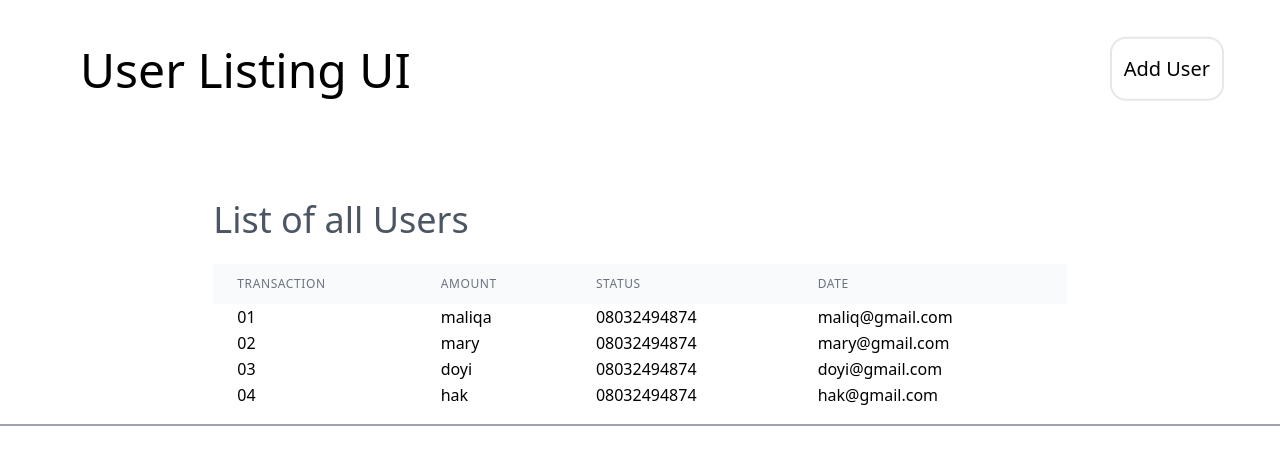
Repository: Marlstergo/listings
Page: / (app in client/)
An editor plug-in stored every save of this project. The page is shown before and after the next save, followed by the edit.
The browser window is 1280 px wide. The pictures show the whole page.
The project was rebuilt for these pictures with package versions that can differ from the ones it lists, and the page was loaded fresh each time. Also part of the build but not shown: client/craco.config.js, client/src/components/Loader.js, client/src/components/Order.js, client/src/components/Modal.js. Imported but missing from the stored project, and not drawn on this page: client/src/components/Base, client/src/components/Toppings.

Above is the page before, as saved 2021-07-21 14:12:56.

### client/src/index.js
/* eslint-disable no-unused-vars */
import React from "react";
import ReactDOM from "react-dom";
import "./index.css";
import App from "./App";
import reportWebVitals from "./reportWebVitals";
import { BrowserRouter } from "react-router-dom";
import { Provider } from "react-redux";
import { store } from "./redux/store";
import { PersistGate } from "redux-persist/integration/react";
import { persistor } from "./redux/store";

ReactDOM.render(
  <React.StrictMode>
    <Provider store={store}>
      <BrowserRouter>
        <PersistGate persistor={persistor}>
          <App />
        </PersistGate>
      </BrowserRouter>
    </Provider>
  </React.StrictMode>,
  document.getElementById("root")
);

// If you want to start measuring performance in your app, pass a function
// to log results (for example: reportWebVitals(console.log))
// or send to an analytics endpoint. Learn more: https://bit.ly/CRA-vitals
reportWebVitals();

### client/src/App.js
import React, { useState } from 'react';
import { Route, Switch, useLocation } from "react-router-dom";
import Header from './components/Header';
import Home from './components/Home';
import Base from './components/Base';
import Toppings from './components/Toppings';
import Order from './components/Order';
import Modal from './components/Modal';
import { AnimatePresence } from 'framer-motion';

function App() {
  const location = useLocation();
  const showModal = true;

  return (
    <>
      <Header />
      {/* <Modal showModal={showModal} /> */}
      <AnimatePresence exitBeforeEnter>
        <Switch location={location} key={location.key}>
          <Route path="/">
            <Home />
          </Route>
          <Route path="/createUpdateUser">
            <Toppings />
          </Route>
          <Route path="/order">
            <Order />
          </Route>
          <Route path="/">
            <Home />
          </Route>
        </Switch>
      </AnimatePresence>

    </>
  );
}

export default App;

### client/src/redux/store.js
import { createStore, applyMiddleware } from "redux";
import { logger } from 'redux-logger';
import {persistStore} from 'redux-persist';
// import thunk from 'redux-thunk'
import createSagaMiddleware from 'redux-saga'

import rootSaga from './root-sagas'

import rootReducer from './root-reducer';

const sagaMiddleware = createSagaMiddleware()

const middleware = [sagaMiddleware];

if( process.env.NODE_ENV === 'development'){
    middleware.push(logger)
}

export const store = createStore(rootReducer, applyMiddleware(...middleware))

sagaMiddleware.run(rootSaga)

export const persistor = persistStore(store)

export default (store, persistor);

### client/src/components/Header.js
import React from "react";
import { motion } from "framer-motion";

const svgVariants = {
  hidden: { rotate: -180 },
  visible: {
    rotate: 0,
    transition: { duration: 1 },
  },
};

const pathVariants = {
  hidden: {
    opacity: 0,
    pathLength: 0,
  },
  visible: {
    opacity: 1,
    pathLength: 1,
    transition: {
      duration: 2,
      ease: "easeInOut",
    },
  },
};

const buttonVariants = {
  show: {
    y: [0, -20],
    x: 0,
    textShadow: "0px 0px 8px rgb(255,255,255)",
    boxShadow: "0px 0px 8px rgb(255,255,255)",
    transition: {
      duration: 0.3,
      yoyo: Infinity,
      ease: 'easeOut'
    },
  },
};

const Header = () => {
  return (
    <header className="flex p-14 w-screen justify-between  items-center">
      {/* <motion.div
        className="logo"
        drag
        dragConstraints={{ left: 0, top: 0, right: 0, bottom: 0 }}
        dragElastic={0.7}
      >

      </motion.div> */}
      <motion.div
        className=" flex justify-between w-full ml-6 text-xs"
        initial={{ y: -250 }}
        animate={{ y: -10 }}
        transition={{ delay: 0.2, type: "spring", stiffness: 120 }}
      >
        <h1 className=" pb-4 text-5xl">User Listing UI</h1>
        <motion.button variants={buttonVariants} whileHover="hover"
        animate="show"
        className="text-xl border-2 px-3 rounded-2xl"
        >
          Add User
        </motion.button>
      </motion.div>
    </header>
  );
};

export default Header;

### client/src/components/Home.js
import React from "react";
import { Link } from "react-router-dom";
import { motion } from "framer-motion";
import Loader from "./Loader";
import UserRow from "./UserRow";



const containerVariants = {
  hidden: {
    opacity: 0,
  },
  visible: {
    opacity: 1,
    transition: { delay: 1.5, duration: 1.5 },
  },
  exit: {
    x: "-100vh",
    transition: { ease: "easeInOut" },
  },
};
const buttonVariants = {
  hover: {
    scale: 1.1,
    textShadow: "0px 0px 8px rgb(255,255,255)",
    boxShadow: "0px 0px 8px rgb(255,255,255)",
    transition: {
      duration: 0.3,
      yoyo: Infinity
    }
  }
}
const users = [
  {
    id: '01',
    name: "maliqa",
    email: "maliq@gmail.com",
    phone: '08032494874'
  },
  {
    id: '02',
    name: "mary",
    email: "mary@gmail.com",
    phone: '08032494874'
  },
  {
    id: '03',
    name: "doyi",
    email: "doyi@gmail.com",
    phone: '08032494874'
  },
  {
    id: '04',
    name: "hak",
    email: "hak@gmail.com",
    phone: '08032494874'
  },
];
const Home = () => {
  return (
    <motion.div
      className="  pb-4 mb-4 border-b-2 border-gray-400 flex flex-col items-center"
      variants={containerVariants}
      initial="hidden"
      animate="visible"
      exit="exit"
    >
      <div className="w-2/3 ">
        <h1 className="text-gray-600 py-6 text-4xl">List of all Users</h1>

        <table className="min-w-full divide-y divide-gray-200">
          <thead>
            <tr>
              <th className="px-6 py-3 bg-gray-50 text-left text-xs font-medium text-gray-500 uppercase tracking-wider">
                Transaction
              </th>
              <th className="px-6 py-3 bg-gray-50 text-left text-xs font-medium text-gray-500 uppercase tracking-wider">
                Amount
              </th>
              <th className=" px-6 py-3 bg-gray-50 text-left text-xs font-medium text-gray-500 uppercase tracking-wider">
                Status
              </th>
              <th className="px-6 py-3 bg-gray-50 text-left text-xs font-medium text-gray-500 uppercase tracking-wider">
                Date
              </th>
            </tr>
            {
              users.map((user) =>(
                <UserRow name={user.name} id={user.id} email={user.email} phone={user.phone} />
              ))
            }
          </thead>
        </table>
      </div>
    </motion.div>
  );
};

export default Home;

### client/src/redux/root-sagas.js
import {all, call} from 'redux-saga/effects'
import {userSagas} from './user/user.sagas'


export default function* rootSaga(){
    yield all([
        call(userSagas),
    ])
}

### client/src/redux/root-reducer.js
import {combineReducers} from 'redux'
import userReducer from './user/user.reducer'
// import cartReducer from './cart/cart.reducer'
import {persistReducer} from 'redux-persist'
import storage from 'redux-persist/lib/storage'
// import directoryReducer from './directory/directory.reducer'
// import shopReducer from './shop/shop.reducer'

const persistConfig ={
    key: 'root',
    storage,
    whitelist: ['' ]
}
const rootReducer = combineReducers({
    user: userReducer,

})
export default persistReducer(persistConfig, rootReducer)

### client/src/components/UserRow.jsx
import React from "react";

const UserRow = ({id, name, phone, email}) => {
  console.log(phone)
  return (
    <tr>
      <td className="px-6">{id}</td>
      <td className="px-6">{name}</td>
      <td className="px-6">{phone}</td>
      <td className="px-6">{email}</td>
    </tr>
  );
};

export default UserRow;

### client/src/redux/user/user.sagas.js
import { all, call, put, takeLatest } from "redux-saga/effects";

import UserActionTypes from "./user.types";
import { loadUserDetail } from "./user.action";
// import axios from "axios";
// import { getUserDetailsURL } from "../../components/stringConstants";

export function* getDetails() {
  yield console.log("i fired");

  // try {
  //   console.log("inside try");

  //   const res = yield axios.get(getUserDetailsURL);
  //   const data = yield res.data;
  //   console.log(res);
  //   yield put(loadUserDetail(data ? data.data[0] : {}));
  // } catch (err) {
  //   console.log(err.response);
  //   if (err.response && err.response.statusText === "Not Found") {
  //     // console.log("");
  //     window.location.href = "/profile/settings?newUser=0837";
  //   }
  // }
}

export function* getUserDetails() {
  yield takeLatest(UserActionTypes.GET_USER_DETAIL, getDetails);
}
// export function* loadUserDetails(){
//     yield takeLatest(UserActionTypes.LOAD_USER_DETAIL, loadDetails)
// }

export function* userSagas() {
  yield all([call(getUserDetails)]);
}

### client/src/redux/user/user.reducer.js
import UserActionTypes from "./user.types";
const INITIAL_STATE = {
  // currentUser: null,
  userDetail: {},
  demo: 'i am demo',
  location: null

};
const userReducer = (state = INITIAL_STATE, action) => {
  switch (action.type) {

    case UserActionTypes.LOAD_USER_DETAIL:
      return {
        ...state,
        userDetail: action.payload,
      };

    case UserActionTypes.COLLECT_GEOLOCATION:
      return {
        ...state,
        location: action.payload
      }
    default:
      return state;
  }
};

export default userReducer;

### client/src/redux/user/user.types.js
const UserActionTypes ={
    GOOGLE_SIGN_IN_START : 'GOOGLE_SIGN_IN_START',
    SIGN_IN_SUCCESS : 'SIGN_IN_SUCCESS',
    SIGN_IN_FAILURE : 'SIGN_IN_FAILURE',
    GET_USER_DETAIL: 'GET_USER_DETAIL',
    LOAD_USER_DETAIL: 'LOAD_USER_DETAIL',
    COLLECT_GEOLOCATION: 'COLLECT_GEOLOCATION',
    FETCH_GEOLOCATION: 'FETCH_GEOLOCATION'
}
export default UserActionTypes;

### client/src/redux/user/user.action.js
import UserActionTypes from './user.types'



// export const googleSignInStart = () => ({
//     type: UserActionTypes.GOOGLE_SIGN_IN_START
// })

// export const signInSuccess = (user) => ({
//     type: UserActionTypes.SIGN_IN_SUCCESS,
//     payload: user
// })

export const getUserDetail = () => ({
    type: UserActionTypes.GET_USER_DETAIL,

})
export const loadUserDetail = (details) => ({
    type: UserActionTypes.LOAD_USER_DETAIL,
    payload: details
})

export const fetchGeoloction = () => ({
    type: UserActionTypes.FETCH_GEOLOCATION
})
export const collectGeolocation = (location) => ({
    type: UserActionTypes.COLLECT_GEOLOCATION,
    payload: location
})
// })

### client/tailwind.config.js
  // tailwind.config.js
  module.exports = {
    // mode:'jit',
    purge: ['./src/**/*.{js,jsx,ts,tsx}', './public/index.html'],
     darkMode: false, // or 'media' or 'class'
     theme: {
       extend: {},
     },
     variants: {
       extend: {},
     },
     plugins: [],
   }

Loaded but not shown: client/public/index.html (common file); client/src/index.css (common file); client/src/reportWebVitals.js (common file)

After the next save:
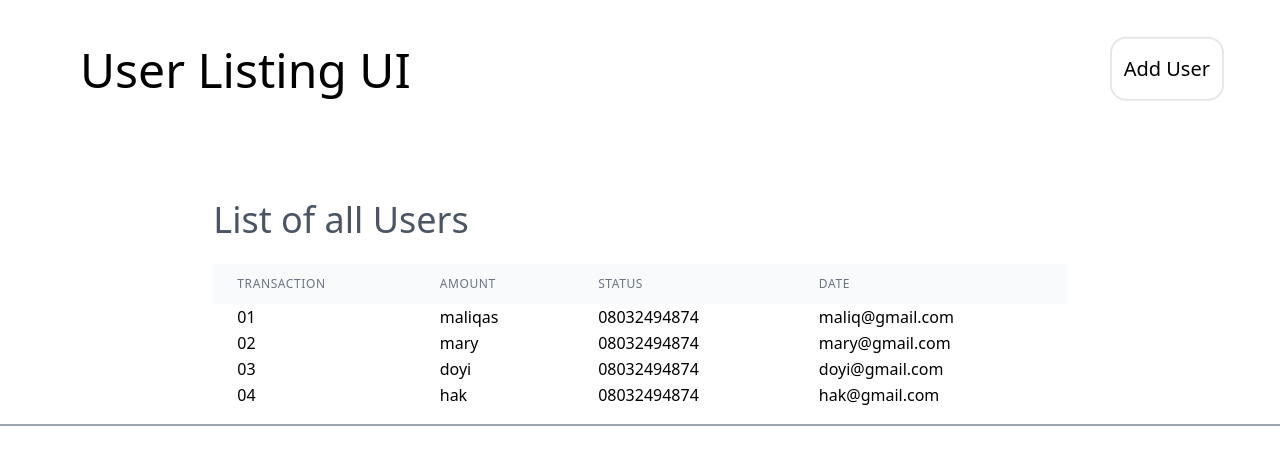
Saved 21 s later.
--- a/client/src/components/Home.js
+++ b/client/src/components/Home.js
@@ -33,7 +33,7 @@ const buttonVariants = {
 const users = [
   {
     id: '01',
-    name: "maliqa",
+    name: "maliqas",
     email: "maliq@gmail.com",
     phone: '08032494874'
   },
